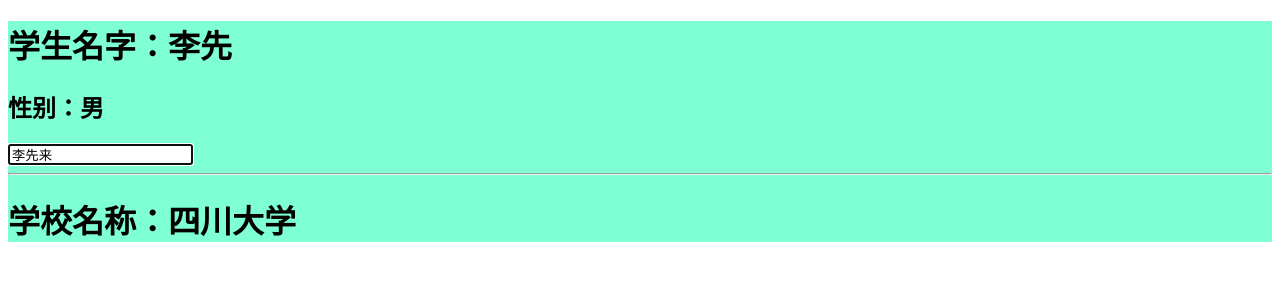
Repository: Lixianlai-2/The-journey-of-learning-Vue
Page: / (app in afterVueCli/Vue_Test/)
The author's editor kept a copy of each file at every save. The page is drawn from the files as they stood at one save, then again after the next save.
The browser window is 1280 px wide. The pictures show the whole page.
The project was rebuilt for these pictures with package versions that can differ from the ones it lists, and the page was loaded fresh each time.

Above is the page before, as saved 2022-04-12 09:28:26.

After the next save:
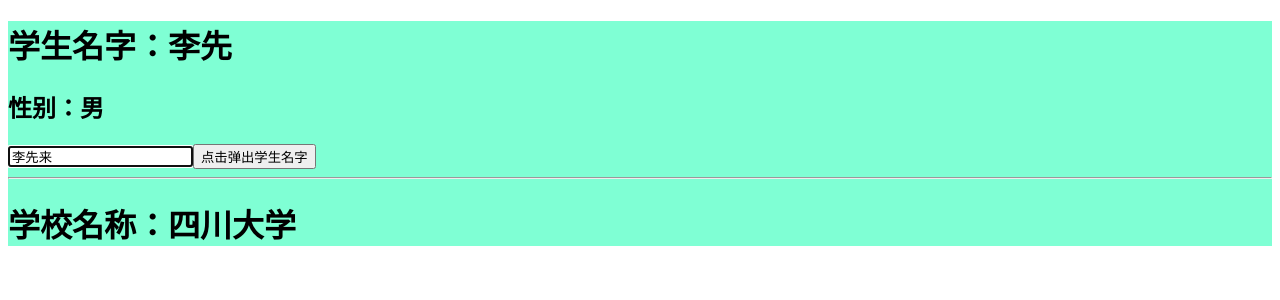
Saved 94 s later.
--- a/afterVueCli/Vue_Test/src/components/student.vue
+++ b/afterVueCli/Vue_Test/src/components/student.vue
@@ -3,7 +3,7 @@
     <h1 @click="showName">学生名字：{{ name | mySlice }}</h1>
     <h2>性别：{{ gender }}</h2>
     <input type="text" v-fbind:value="name" />
-    <!-- <button @click="showName">点击弹出学生名字</button> -->
+    <button @click="showName">点击弹出学生名字</button>
 
     <hr />
   </div>
@@ -17,6 +17,11 @@
       gender: "男",
     };
   },
+  methods: {
+    showName() {
+      this.hello;
+    },
+  },
 };
 </script>
 
